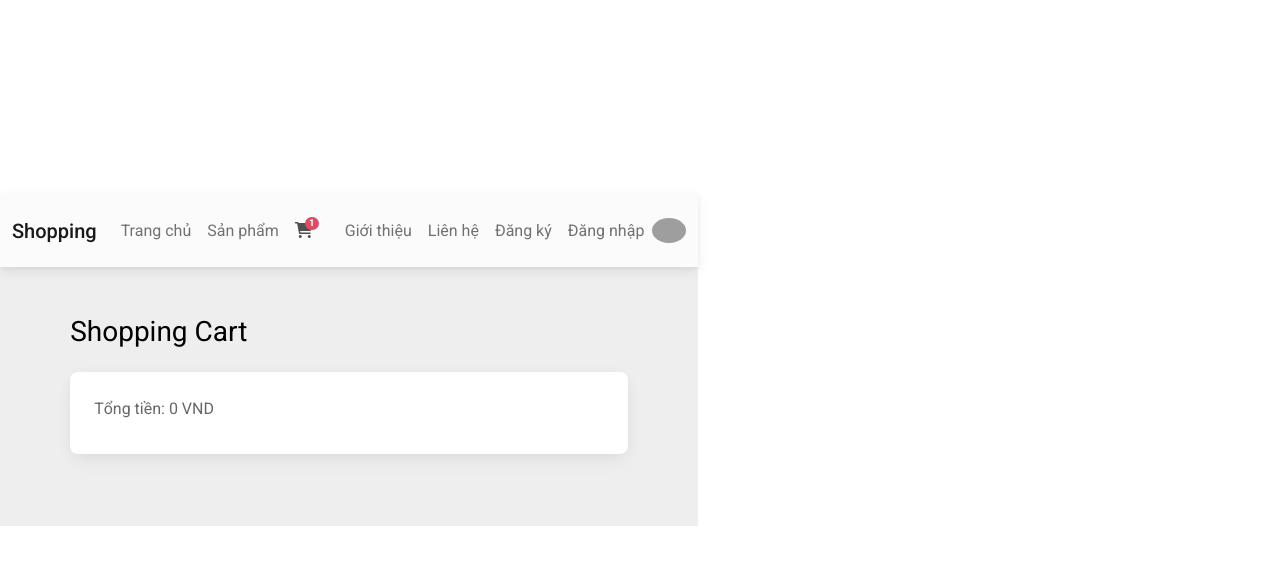
Repository: TinhTT336/MD02_Session10
Page: /cart
These files come from the project's save history. The page is drawn as it stood at one moment and after the next save; the edit follows.
The browser window is 1280 px wide. The pictures show the whole page.
Pictures or frames that could not be fetched are drawn as grey boxes. Some web libraries are served in a nearby version. The project was rebuilt for these pictures with package versions that can differ from the ones it lists, and the page was loaded fresh each time. Also part of the build but not shown: vite.config.js, src/layouts/Footer.jsx, src/pages/Home.jsx, src/actions/cartActions.js, src/pages/ListProduct.jsx, src/pages/About.jsx, src/pages/Contact.jsx, src/pages/Register.jsx and 2 more.

Above is the page before, as saved 2023-09-08 09:28:00.

After the next save:
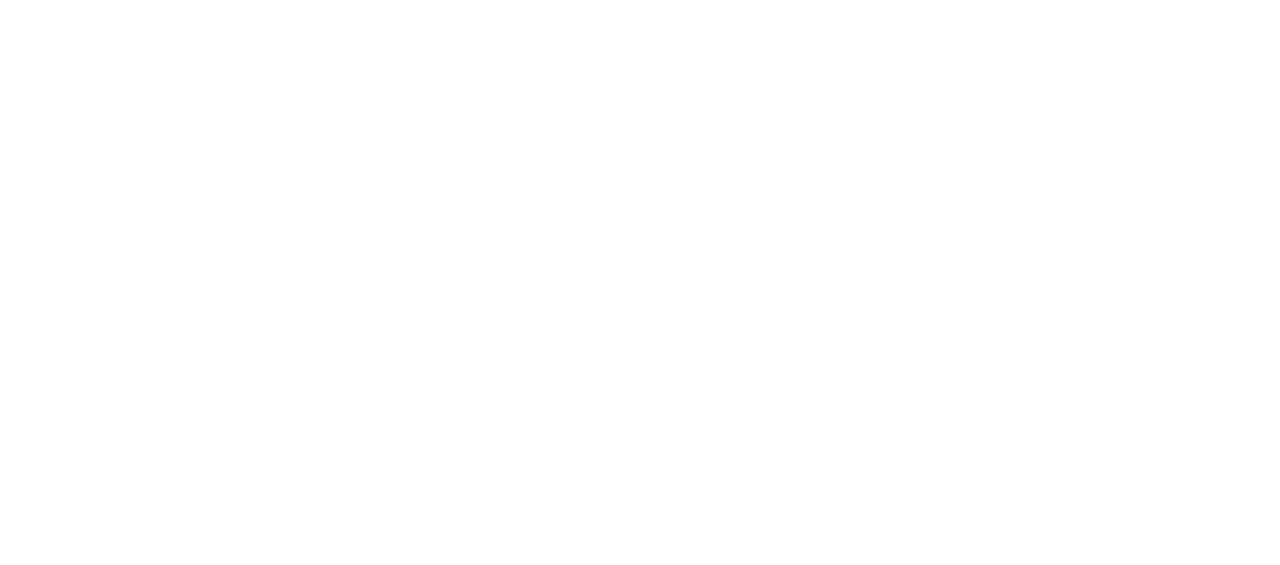
Console error: ReferenceError: cart is not defined
Saved 14 s later.
--- a/src/layouts/Navbar.jsx
+++ b/src/layouts/Navbar.jsx
@@ -48,7 +48,7 @@
                                     <Link to={"/cart"} className="text-reset me-3 nav-link" >
                                         <i className="fas fa-shopping-cart" />
                                         <span className="badge rounded-pill badge-notification bg-danger">
-                                            1
+                                            {cart.length}
                                         </span>
                                     </Link>
                                 </li>

After the save that followed:
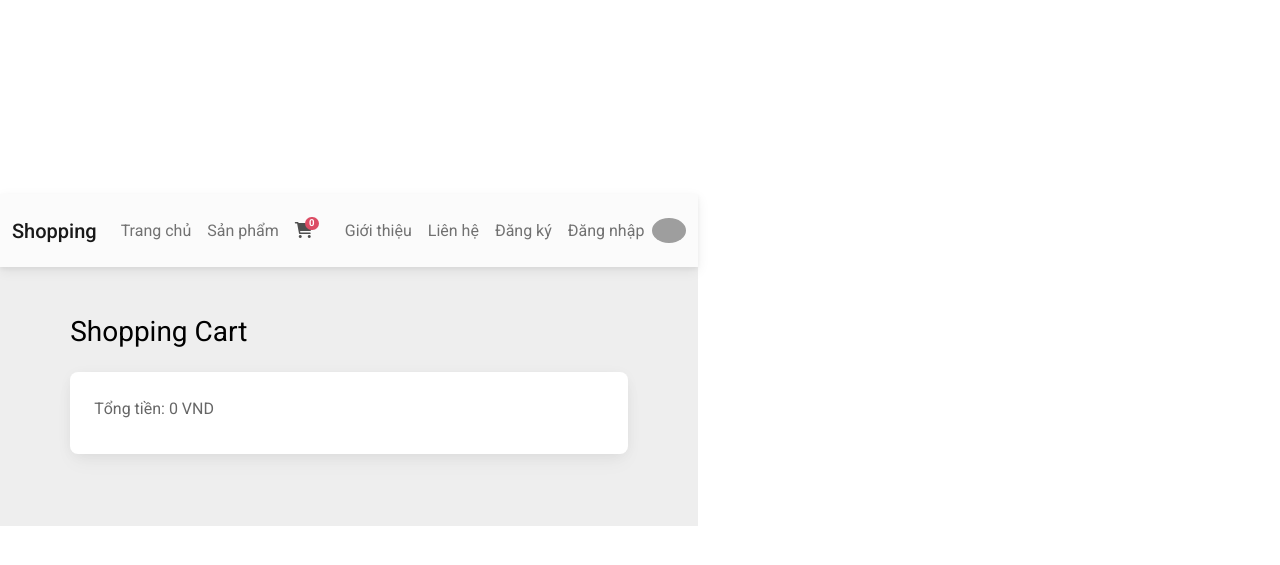
The error is gone.
Saved 7 s later.
--- a/src/layouts/Navbar.jsx
+++ b/src/layouts/Navbar.jsx
@@ -48,7 +48,7 @@
                                     <Link to={"/cart"} className="text-reset me-3 nav-link" >
                                         <i className="fas fa-shopping-cart" />
                                         <span className="badge rounded-pill badge-notification bg-danger">
-                                            {cart.length}
+                                            {carts.length}
                                         </span>
                                     </Link>
                                 </li>
